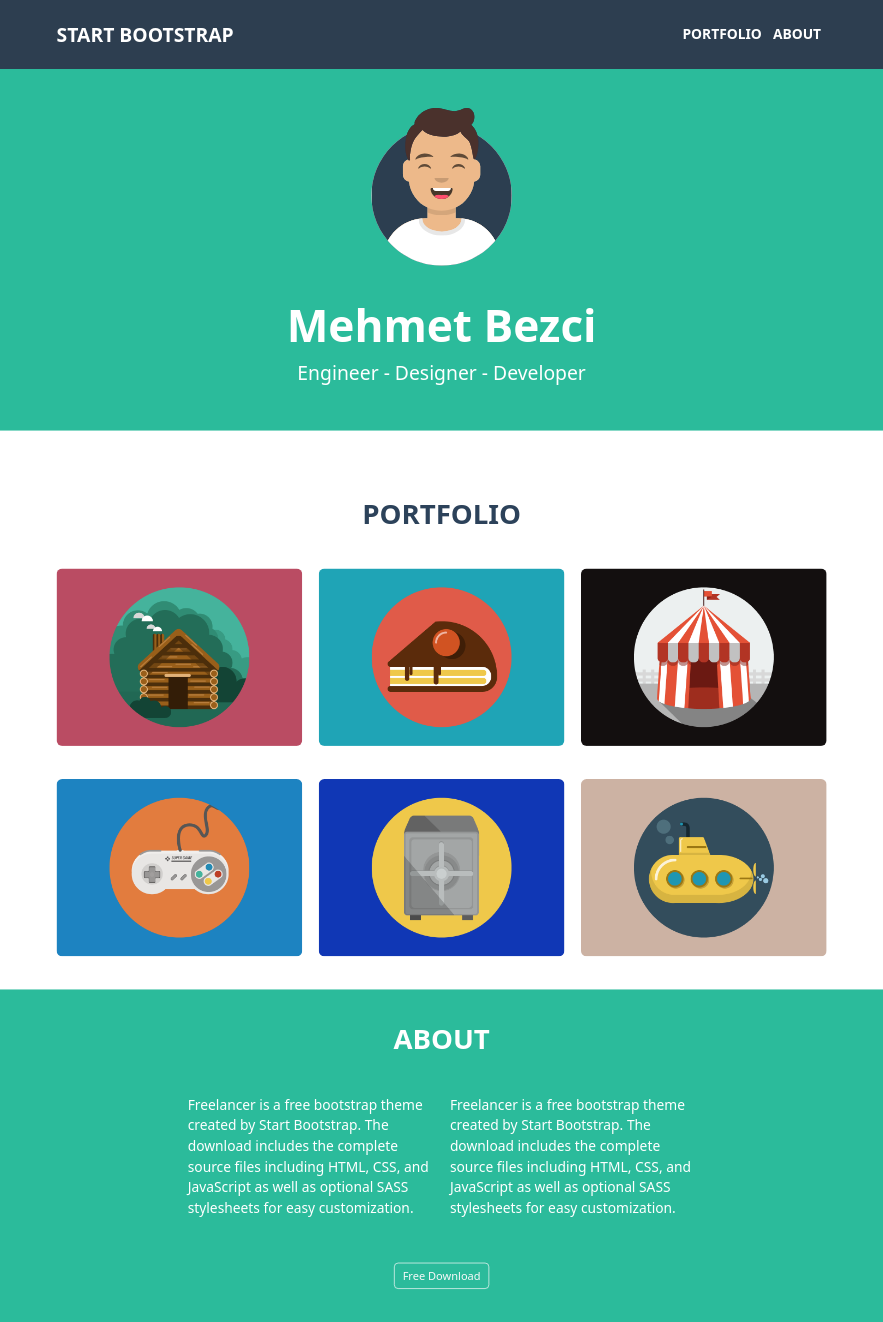
Repository: 7JaxeN7/WT-1255P-Mehmet_BEZC-
Page: index.html
These files come from the project's save history. The page is drawn as it stood at one moment and after the next save; the edit follows.
The browser window is 1280 px wide. The pictures show the whole page, at 69% of full size.

Above is the page before, as saved 2025-01-06 22:10:43.

### index.html
<!DOCTYPE html>
<html lang="tr">

<head>
  <meta charset="UTF-8">
  <meta name="viewport" content="width=device-width, initial-scale=1.0">
  <link rel="stylesheet" href="style.css">
  <link href="https://cdn.jsdelivr.net/npm/bootstrap@5.3.3/dist/css/bootstrap.min.css" rel="stylesheet"
    integrity="sha384-QWTKZyjpPEjISv5WaRU9OFeRpok6YctnYmDr5pNlyT2bRjXh0JMhjY6hW+ALEwIH" crossorigin="anonymous">
  <title>Start Bootstrap</title>
</head>

<body>
  <!-- Navbar -->
  <header>
    <nav class="navbar navbar-expand-lg navbar-bg">
      <div class="container pt-3 pb-3">
        <a class="navbar-brand text-white fw-bolder fs-3" href="#">START BOOTSTRAP</a>
        <button class="navbar-toggler" type="button" data-bs-toggle="collapse" data-bs-target="#navbarNav"
          aria-controls="navbarNav" aria-expanded="false" aria-label="Toggle navigation">
          <span class="navbar-toggler-icon"></span>
        </button>
        <div class="collapse navbar-collapse" id="navbarNav">
          <ul class="navbar-nav ms-auto">
            <li class="nav-item">
              <a class="nav-link text-white fw-bolder fs-5" href="#">PORTFOLIO</a>
            </li>
            <li class="nav-item">
              <a class="nav-link text-white fw-bolder fs-5" href="#">ABOUT</a>
            </li>
          </ul>
        </div>
      </div>
    </nav>
  </header>
  <!-- Herosection -->
  <div class="herosection-bg pt-5 pb-5">
    <div class="container text-center">
      <img src="/assets/img/avataaars.svg" width="20%" />
      <h1 class="mt-5 text-white fw-bolder display-3">Mehmet Bezci</h1>
      <p class="text-white fs-3">Engineer - Designer - Developer</p>
    </div>
  </div>
  <!-- Portfolio -->
  <div class="portfolio-section">
    <h2 class="text-center mt-5 pt-5 pb-5 fs-1 fw-semibold portfolio-tittle">PORTFOLIO</h2>
    <div class="container">
      <div class="row">
        <div class="col-12 col-md-6 col-lg-4 mb-5">
          <img src="/assets/img/cabin.png" class="img-fluid rounded-3">
        </div>
        <div class="col-12 col-md-6 col-lg-4 mb-5">
          <img src="/assets/img/cake.png" class="img-fluid rounded-3">
        </div>
        <div class="col-12 col-md-6 col-lg-4 mb-5">
          <img src="/assets/img/circus.png" class="img-fluid rounded-3">
        </div>
        <div class="col-12 col-md-6 col-lg-4 mb-5">
          <img src="/assets/img/game.png" class="img-fluid rounded-3">
        </div>
        <div class="col-12 col-md-6 col-lg-4 mb-5">
          <img src="/assets/img/safe.png" class="img-fluid rounded-3">
        </div>
        <div class="col-12 col-md-6 col-lg-4 mb-5">
          <img src="/assets/img/submarine.png" class="img-fluid rounded-3">
        </div>
      </div>
    </div>
  </div>
  <!-- About -->
  <div class="about-section">
    <div class="container">
      <h2 class="about-tittle fs-1 fw-semibold text-center pt-5 pb-5"> ABOUT</h2>
      <div class="row justify-content-center">
        <div class="col-lg-4 fs-5 text-white">
          <p>
            Freelancer is a free bootstrap theme created by Start Bootstrap. The download includes the complete source
            files including HTML, CSS, and JavaScript as well as optional SASS stylesheets for easy customization.
          </p>
        </div>
        <div class="col-lg-4 fs-5 text-white">
          <p>
            Freelancer is a free bootstrap theme created by Start Bootstrap. The download includes the complete source
            files including HTML, CSS, and JavaScript as well as optional SASS stylesheets for easy customization.
          </p>
        </div>
      </div>
      <div class="d-flex justify-content-center">
        <button class="mt-5 mb-5 btn btn-outline-light btn-xl">Free Download</button>
      </div>
    </div>
  </div>
  <!-- Burası bootstrap script kısmı -->
  <script src="https://cdn.jsdelivr.net/npm/bootstrap@5.3.3/dist/js/bootstrap.bundle.min.js"
    integrity="sha384-YvpcrYf0tY3lHB60NNkmXc5s9fDVZLESaAA55NDzOxhy9GkcIdslK1eN7N6jIeHz"
    crossorigin="anonymous"></script>
</body>

</html>

### style.css
.navbar-bg {
  background-color: #2d3e50 !important;
}
.herosection-bg{
    background-color: #2bbb9b ;
}
.portfolio-tittle{
    color: #2c425a;
}
.about-section{
    background-color: #2bbb9b ;
}
.about-tittle{
    color: #ffffff;
}
.btn-xl{
    padding: 1rem 1.75rem;
    font-size: 5rem;
}

After the next save:
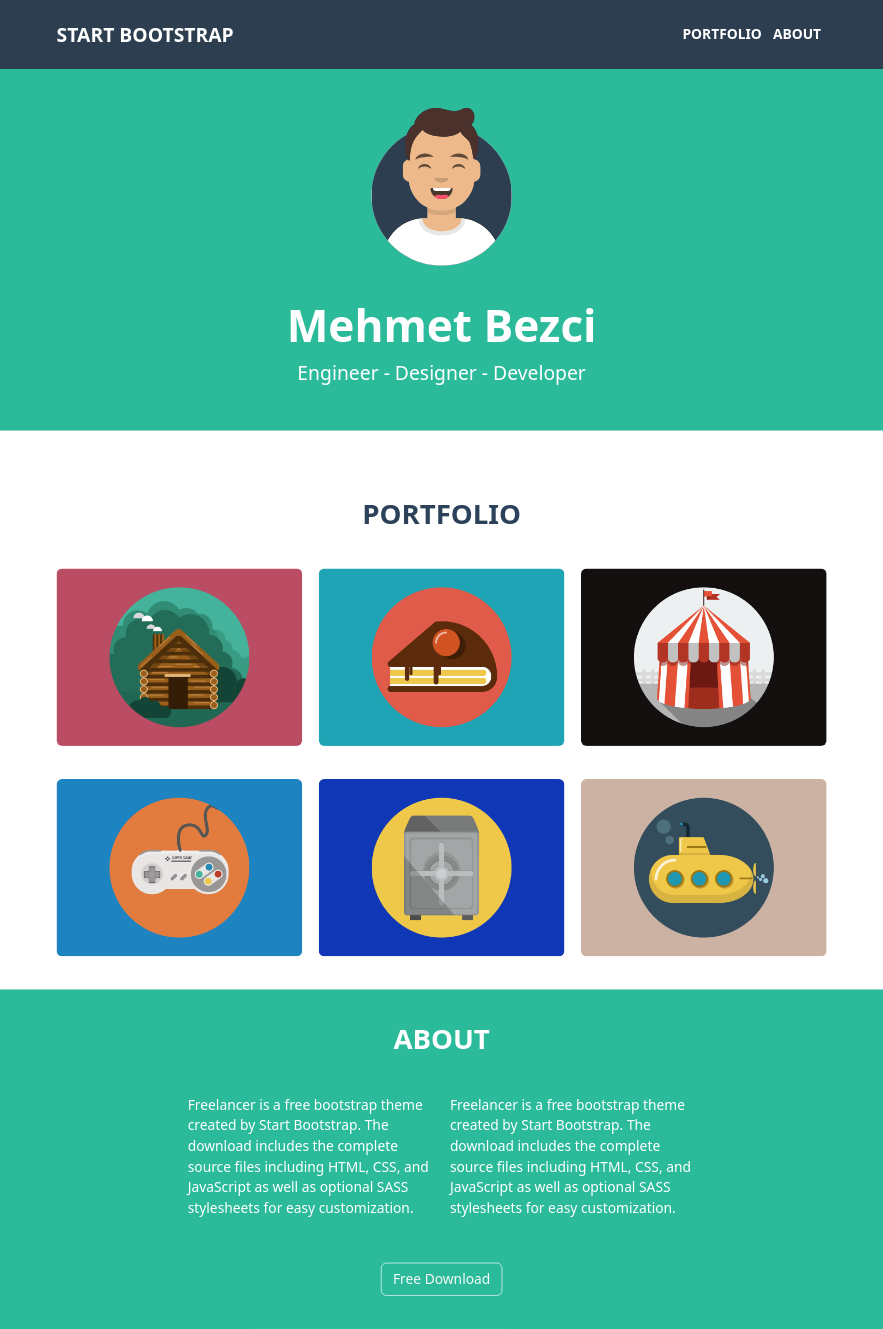
Saved 11 s later.
--- a/index.html
+++ b/index.html
@@ -86,7 +86,7 @@
         </div>
       </div>
       <div class="d-flex justify-content-center">
-        <button class="mt-5 mb-5 btn btn-outline-light btn-xl">Free Download</button>
+        <button class="mt-5 mb-5 btn btn-outline-light btn-lg">Free Download</button>
       </div>
     </div>
   </div>
